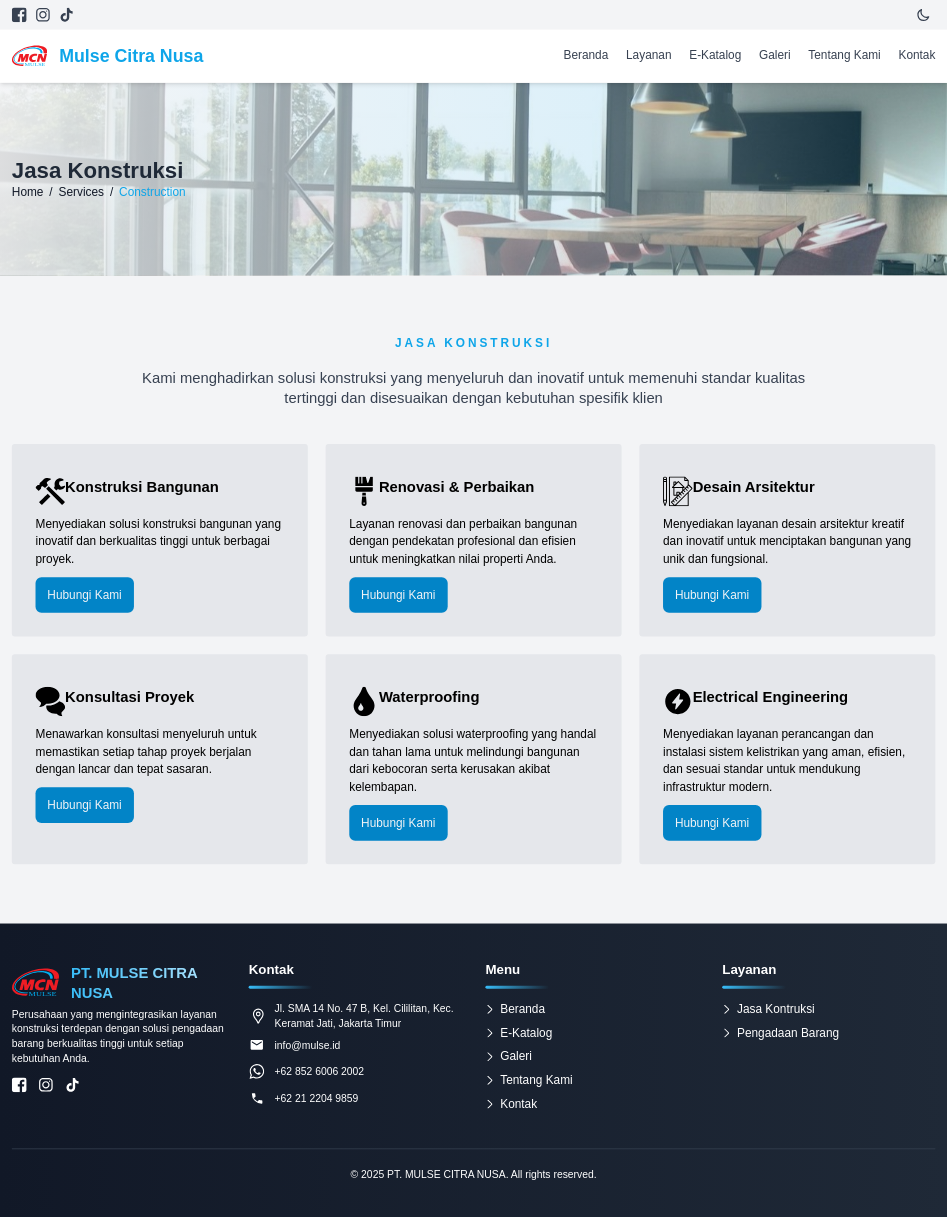
Repository: PrasBaldin/next-mulse
Page: /services/construction
These files come from the project's save history. The page is drawn as it stood at one moment and after the next save; the edit follows.
The browser window is 1280 px wide. The pictures show the whole page, at 74% of full size.
The project was rebuilt for these pictures with package versions that can differ from the ones it lists, and the page was loaded fresh each time. The framework's server and built-in components were replaced by stand-ins that run in the browser. Also part of the build but not shown: next.config.ts.

Above is the page before, as saved 2025-02-26 13:57:03.

After the next save:
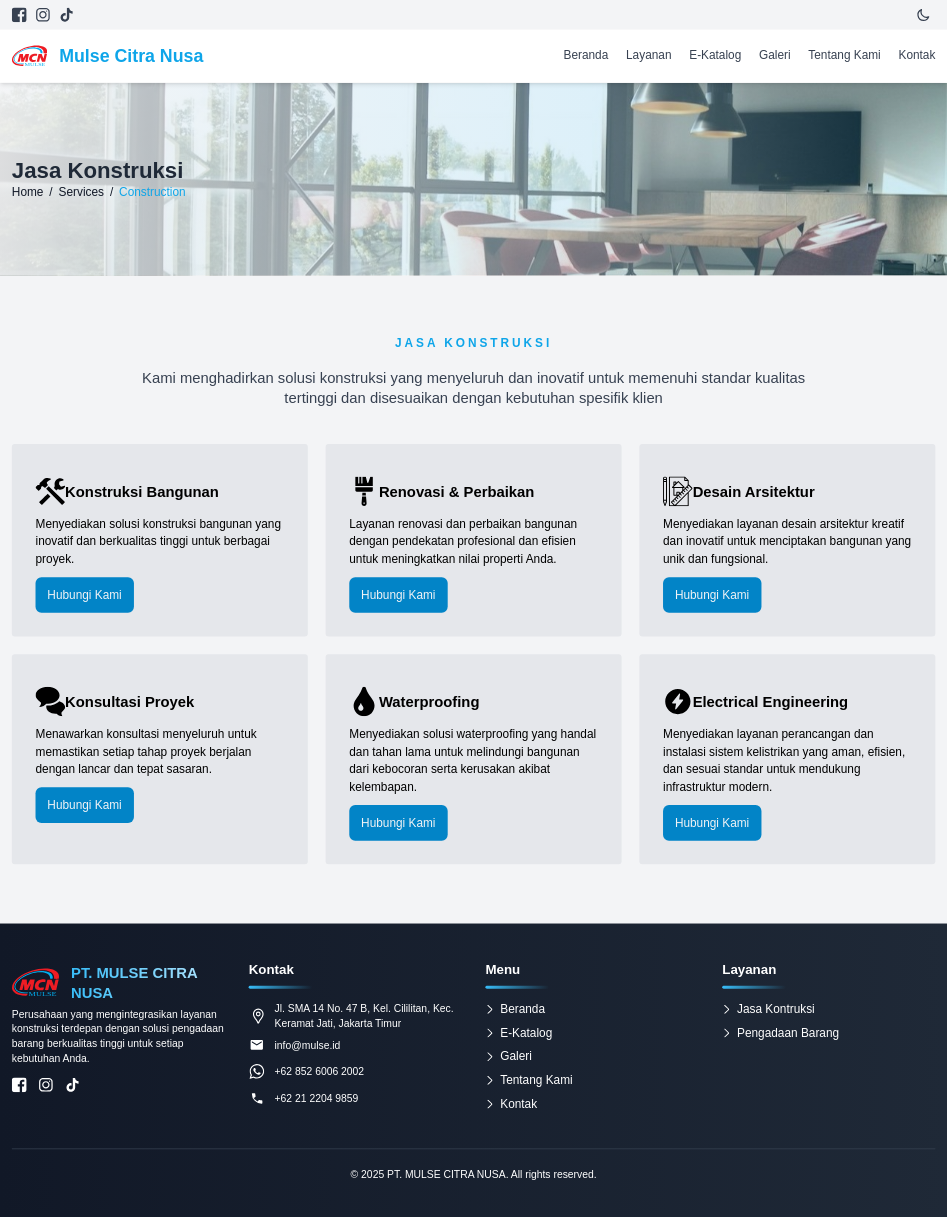
Saved 11 s later.
--- a/app/services/construction/page.tsx
+++ b/app/services/construction/page.tsx
@@ -99,7 +99,7 @@
             {services.map((service, index) => (
               <div key={index} className="card bg-gray-200 rounded p-8">
                 <div className="card-img pb-3"></div>
-                <div className="card-title text-xl font-semibold pb-3 flex">
+                <div className="card-title text-xl font-semibold pb-3 flex items-center">
                   <service.icon />
                   <h4>{service.title}</h4>
                 </div>
